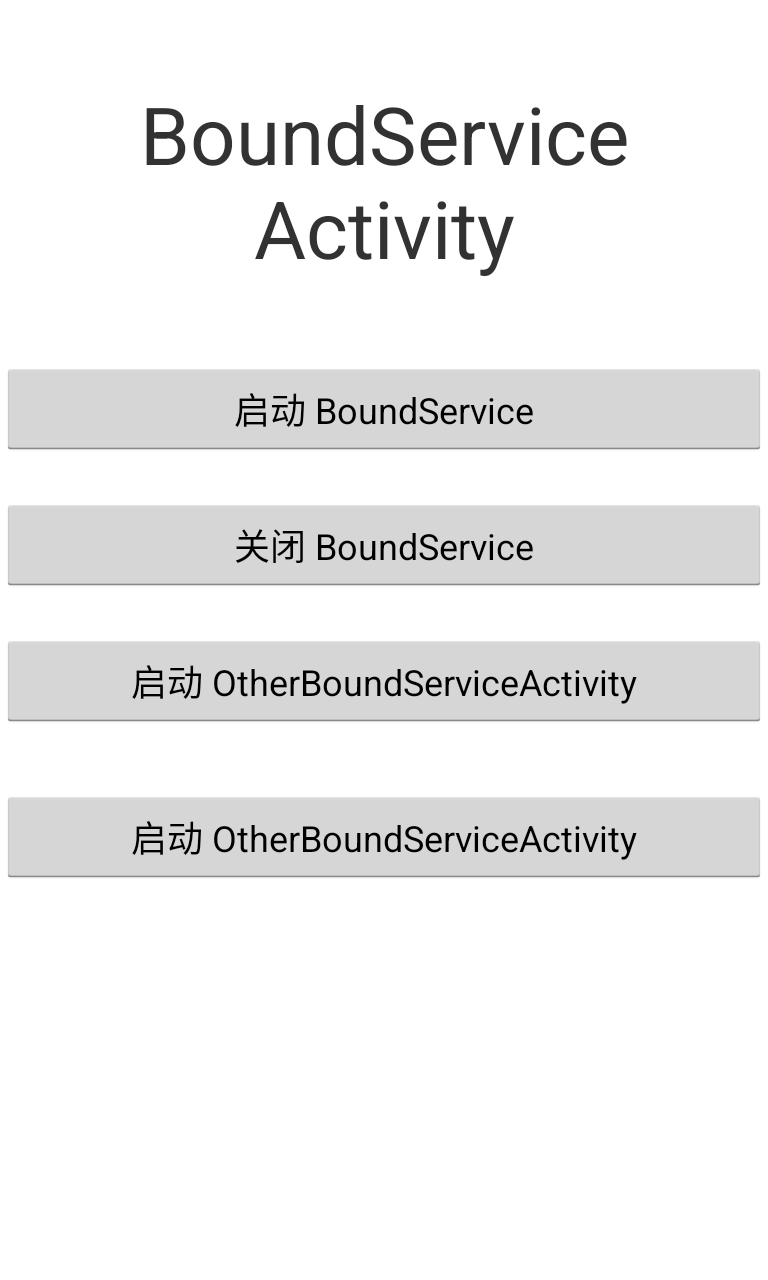
Repository: CiLiNet-Android/courseware
Layout: Android基本组件/Service/SourceCodes/ServiceDemo/res/layout/activity_boundservice.xml
These files come from the project's save history. The layout is drawn as it stood at one moment and after a run of saves; the edit follows.
It is drawn on a 768 x 1280 px phone screen (xhdpi) without system bars, with theme AppTheme; the app's code is not run.

Above is the layout before, as saved 2013-12-01 12:24:18.

### Android基本组件/Service/SourceCodes/ServiceDemo/res/layout/activity_boundservice.xml
<?xml version="1.0" encoding="utf-8"?>
<LinearLayout xmlns:android="http://schemas.android.com/apk/res/android"
    android:layout_width="match_parent"
    android:layout_height="match_parent"
    android:orientation="vertical" >

    <TextView
        android:layout_width="match_parent"
        android:layout_height="wrap_content"
        android:layout_marginTop="40dp"
        android:text="@string/boundServiceActivity"
        android:textSize="40sp"
        android:gravity="center_horizontal"/>

    <Button
        android:layout_width="match_parent"
        android:layout_height="wrap_content"
        android:layout_marginTop="40dp"
        android:text="@string/start_boundService"
        android:id="@+id/btn_start_boundService"/>

    <Button
        android:layout_width="match_parent"
        android:layout_height="wrap_content"
        android:layout_marginTop="20dp"
        android:text="@string/finish_boundService"
        android:id="@+id/btn_finish_boundService"/>

    <Button
        android:layout_width="match_parent"
        android:layout_height="wrap_content"
        android:layout_marginTop="20dp"
        android:text="@string/start_otherBoundServiceActivity"
        android:id="@+id/btn_start_otherBoundServiceActivity"/>

    <Button
        android:layout_width="match_parent"
        android:layout_height="wrap_content"
        android:layout_marginTop="30dp"
        android:text="@string/start_otherBoundServiceActivity"
        android:id="@+id/btn_start_otherBoundServiceActivity"/>


</LinearLayout>

### Android基本组件/Service/SourceCodes/ServiceDemo/res/values/strings.xml
<resources>

    <string name="app_name">Service Demo</string>

    <string name="startedServiceActivity">StartedService Activity</string>
    <string name="start_startedService">启动 StartedService</string>
    <string name="finish_startedService">关闭 StartedService</string>

    <string name="otherStartedServiceActivity">OtherStartedService Activity</string>
    <string name="otherStart_startedService">启动 StartedService</string>
    <string name="otherFinish_startedService">关闭 StartedService</string>
    <string name="finish_otherStartedServiceActivity">关闭 OtherStartedServiceActivity</string>

    <string name="start_otherStartedServiceActivity">启动 OtherStartedServiceActivity</string>

    <string name="boundServiceActivity">BoundService Activity</string>
    <string name="start_boundService">启动 BoundService</string>

    <string name="finish_boundService">关闭 BoundService</string>

    <string name="otherBoundServiceActivity">OtherBoundService Activity</string>
    <string name="otherStart_boundService">启动 BoundService</string>
    <string name="otherFinish_boundService">关闭 BoundService</string>
    <string name="finish_OtherBoundServiceActivity">关闭 OtherBoundServiceActivity</string>

    <string name="start_otherBoundServiceActivity">启动 OtherBoundServiceActivity</string>

</resources>

Loaded but not shown: Android基本组件/Service/SourceCodes/ServiceDemo/res/values/styles.xml (common file); Android基本组件/Service/SourceCodes/ServiceDemo/res/values-v11/styles.xml (common file); Android基本组件/Service/SourceCodes/ServiceDemo/res/values-v14/styles.xml (common file)

After the next 3 saves:
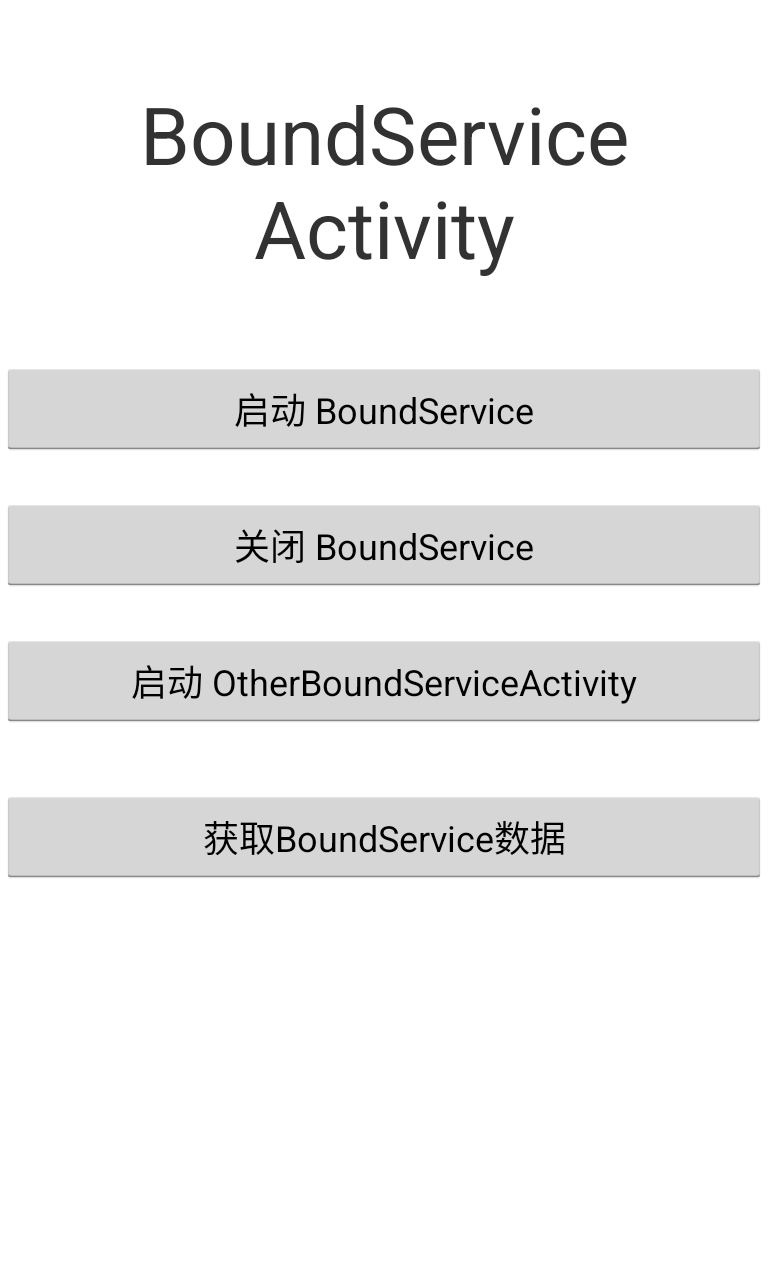
The 3 saves are shown as one change because 2 did not build or start.
The last was saved 52 s later.
--- a/Android基本组件/Service/SourceCodes/ServiceDemo/res/layout/activity_boundservice.xml
+++ b/Android基本组件/Service/SourceCodes/ServiceDemo/res/layout/activity_boundservice.xml
@@ -37,8 +37,8 @@
         android:layout_width="match_parent"
         android:layout_height="wrap_content"
         android:layout_marginTop="30dp"
-        android:text="@string/start_otherBoundServiceActivity"
-        android:id="@+id/btn_start_otherBoundServiceActivity"/>
+        android:text="@string/getBoundServiceStatus"
+        android:id="@+id/btn_getBoundServiceStatus"/>
 
 
 </LinearLayout>
--- a/Android基本组件/Service/SourceCodes/ServiceDemo/res/values/strings.xml
+++ b/Android基本组件/Service/SourceCodes/ServiceDemo/res/values/strings.xml
@@ -24,5 +24,6 @@
     <string name="finish_OtherBoundServiceActivity">关闭 OtherBoundServiceActivity</string>
 
     <string name="start_otherBoundServiceActivity">启动 OtherBoundServiceActivity</string>
+    <string name="getBoundServiceStatus">获取BoundService数据</string>
 
 </resources>
